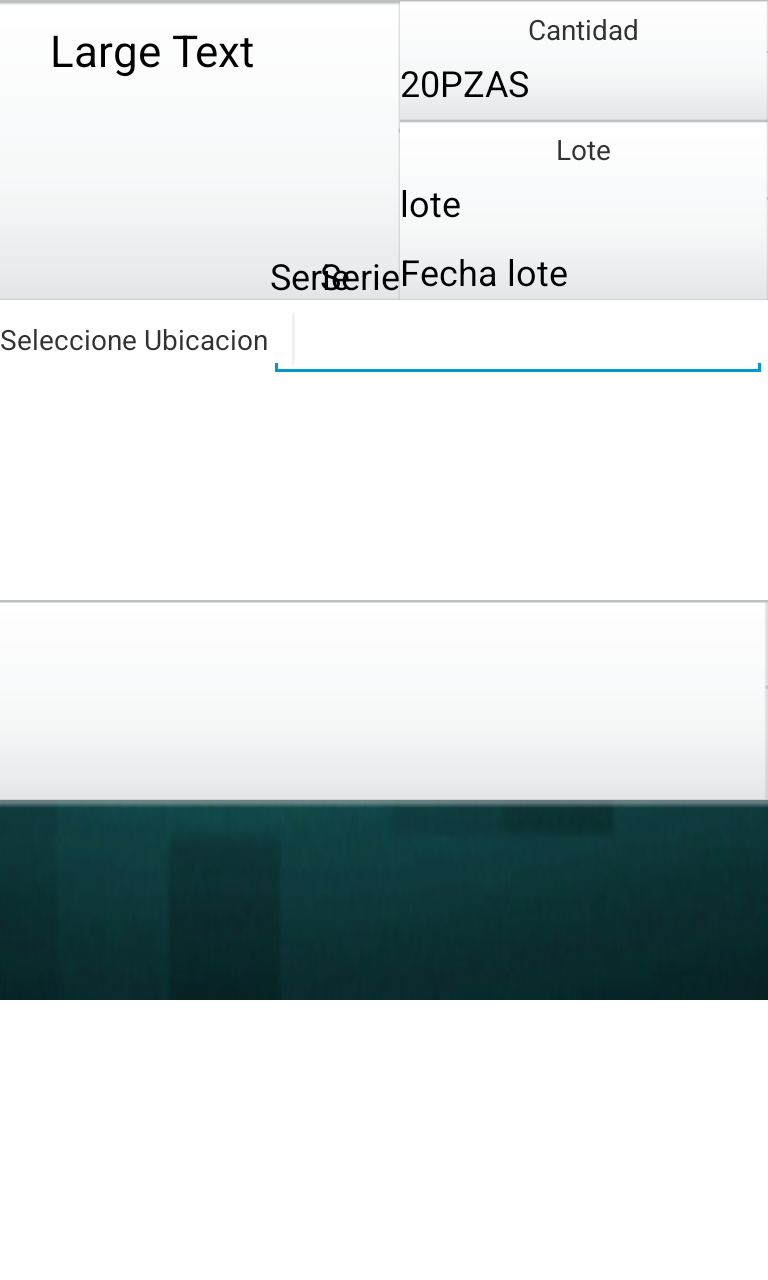
Repository: moynard/PeanutAndroid
Layout: WHSStorekeeper/res/layout/detail_arrivados.xml
These files come from the project's save history. The layout is drawn as it stood at one moment and after the next save; the edit follows.
It is drawn on a 768 x 1280 px phone screen (xhdpi) without system bars, with theme AppTheme; the app's code is not run.

Above is the layout before, as saved 2013-07-25 00:29:55.

### WHSStorekeeper/res/layout/detail_arrivados.xml
<?xml version="1.0" encoding="utf-8"?>
<RelativeLayout xmlns:android="http://schemas.android.com/apk/res/android"
    android:layout_width="match_parent"
    android:layout_height="match_parent"
    android:orientation="vertical" >

    <RelativeLayout
       android:id="@+id/layoutProducto"
        android:layout_width="200dp"
        android:layout_height="150dp"
        android:layout_alignParentLeft="true"
        android:layout_alignParentTop="true"
        android:background="@drawable/bgproducto"
         >

        <TextView
            android:id="@+id/txtProducto"
            android:layout_width="150dp"
            android:layout_height="wrap_content"
            android:layout_below="@+id/lblProducto"
            android:layout_centerHorizontal="true"
            android:layout_marginTop="10dp"
            android:lines="4"

            android:text="Large Text"
            android:textAppearance="?android:attr/textAppearanceLarge" />

                <TextView
                    android:id="@+id/txtSerie"
                    android:layout_width="wrap_content"
                    android:layout_height="wrap_content"
                    android:layout_alignParentBottom="true"
                    android:layout_alignParentRight="true"
                    android:text="Serie"
                    android:textAppearance="?android:attr/textAppearanceMedium" />

                <TextView
                    android:id="@+id/lblserie"
                    android:layout_width="wrap_content"
                    android:layout_height="wrap_content"
                    android:layout_alignParentBottom="true"
                    android:layout_alignRight="@+id/txtProducto"
                    android:text="Serie"
                    android:textAppearance="?android:attr/textAppearanceMedium" />

    </RelativeLayout>
    <RelativeLayout
        android:id="@+id/layoutCantidad"
        android:layout_toRightOf="@+id/layoutProducto"
        android:layout_width="fill_parent"
        android:layout_height="60dp"

        android:background="@drawable/bgproducto"
         >
         <TextView
                android:id="@+id/lblCantidad"
                android:layout_width="wrap_content"
                android:layout_height="wrap_content"
                android:layout_alignParentTop="true"
                android:layout_centerHorizontal="true"
                android:layout_marginTop="5dp"
                android:text="Cantidad"
                android:textAppearance="?android:attr/textAppearanceSmall" />
            <TextView
                android:id="@+id/txtCantidad"
                android:layout_width="wrap_content"
                android:layout_height="wrap_content"
                android:layout_below="@+id/lblCantidad"
                android:layout_marginTop="5dp"
                android:text="20"
                android:textAppearance="?android:attr/textAppearanceMedium" />
            <TextView
                android:id="@+id/txtUnidad"
                android:layout_width="wrap_content"
                android:layout_height="wrap_content"
                android:layout_below="@+id/lblCantidad"
                android:layout_toRightOf="@+id/txtCantidad"
                android:layout_marginTop="5dp"
                android:text="PZAS"
                android:textAppearance="?android:attr/textAppearanceMedium" />


    </RelativeLayout>
    <RelativeLayout
        android:id="@+id/layoutLote"
        android:layout_toRightOf="@+id/layoutProducto"
        android:layout_below="@+id/layoutCantidad"
        android:layout_width="fill_parent"
        android:layout_height="90dp"
        android:background="@drawable/bgproducto"
         >
            <TextView
                android:id="@+id/lbLote"
                android:layout_width="wrap_content"
                android:layout_height="wrap_content"
                android:layout_alignParentTop="true"
                android:layout_centerHorizontal="true"
                android:layout_marginTop="5dp"
                android:text="Lote"
                android:textAppearance="?android:attr/textAppearanceSmall" />
            <TextView
                android:id="@+id/txtlote"
                android:layout_width="wrap_content"
                android:layout_height="wrap_content"
                android:layout_below="@+id/lbLote"
                android:layout_marginTop="5dp"

                android:text="lote"
                android:textAppearance="?android:attr/textAppearanceMedium" />
             <TextView
                android:id="@+id/txtFecalote"
                android:layout_width="wrap_content"
                android:layout_height="wrap_content"
                android:layout_below="@+id/txtlote"
                android:layout_marginTop="10dp"
                android:text="Fecha lote"
                android:textAppearance="?android:attr/textAppearanceMedium" />

    </RelativeLayout>

    <RelativeLayout
        android:id="@+id/layoutinfo"
        android:layout_width="fill_parent"
        android:layout_height="150dp"
        android:layout_alignParentLeft="true"
        android:layout_below="@+id/layoutProducto"
         >
             <TextView
                     android:id="@+id/lblUbicacion"
                     android:layout_width="wrap_content"
                     android:layout_height="wrap_content"
                      android:layout_alignParentLeft="true"
					android:layout_marginTop="10dp"
                     android:text="Seleccione Ubicacion"

                      />

                  <AutoCompleteTextView
                 android:id="@+id/autocomplete"
                 android:layout_width="fill_parent"
                 android:layout_height="wrap_content"

                android:layout_toRightOf="@+id/lblUbicacion"
                 android:ems="10"
                 android:singleLine="true" >
                 <requestFocus />
             </AutoCompleteTextView>




    </RelativeLayout>
      <RelativeLayout
        android:id="@+id/layoutBoton"
        android:layout_width="fill_parent"
        android:layout_height="100dp"
        android:layout_alignParentLeft="true"
        android:layout_below="@+id/layoutinfo"
                android:background="@drawable/bgproducto"

         >
    </RelativeLayout>
     <RelativeLayout
        android:id="@+id/layoutFoter"
        android:layout_width="fill_parent"
        android:layout_height="100dp"
        android:layout_alignParentLeft="true"
        android:layout_below="@+id/layoutBoton"
        android:background="@drawable/bgfoot"
         >
    </RelativeLayout>

</RelativeLayout>

Loaded but not shown: WHSStorekeeper/res/values/styles.xml (common file); WHSStorekeeper/res/values-v11/styles.xml (common file); WHSStorekeeper/res/values-v14/styles.xml (common file)

After the next save:
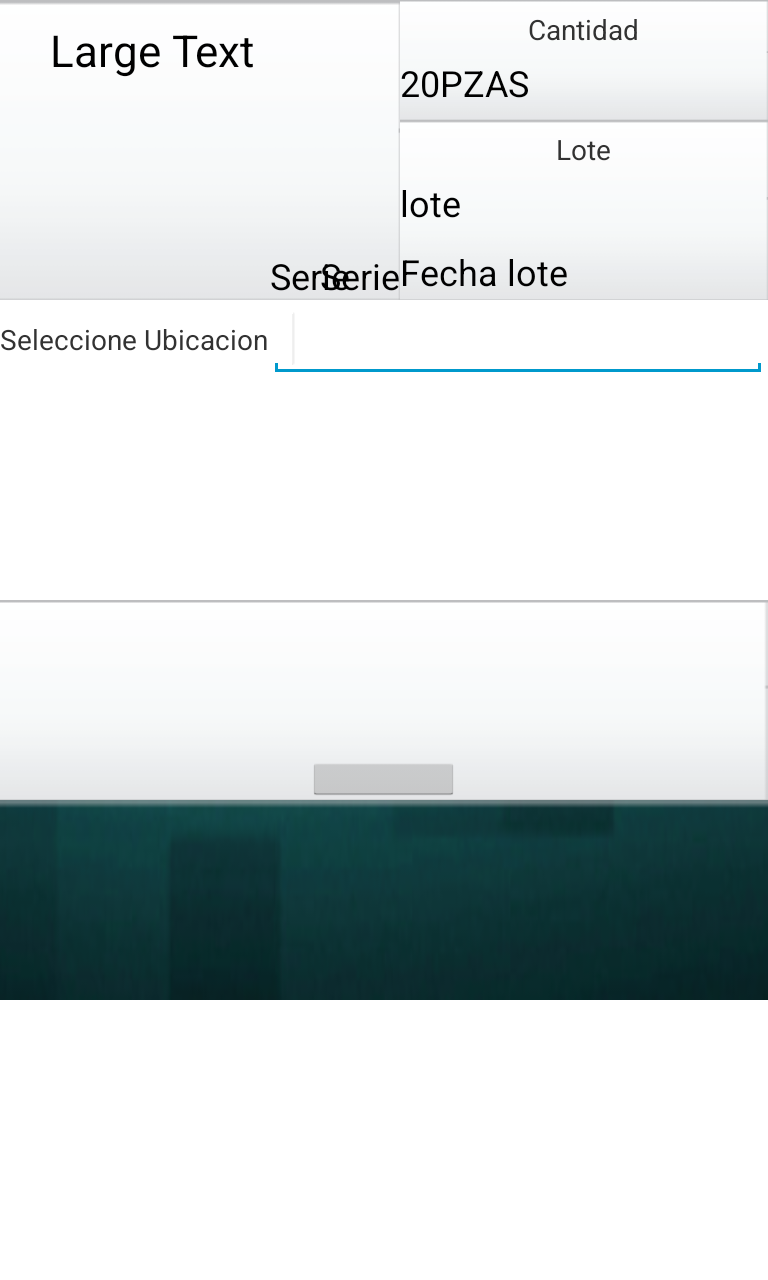
Saved 11 s later.
--- a/WHSStorekeeper/res/layout/detail_arrivados.xml
+++ b/WHSStorekeeper/res/layout/detail_arrivados.xml
@@ -159,6 +159,15 @@
                 android:background="@drawable/bgproducto"
 
          >
+
+               <Button
+                      android:id="@+id/sendUbicacion"
+                      android:layout_width="wrap_content"
+                      android:layout_height="wrap_content"
+                      android:layout_below="@+id/autocomplete"
+                      android:layout_centerHorizontal="true"
+                      android:layout_marginTop="79dp"
+                      android:text="Button" />
     </RelativeLayout>
      <RelativeLayout
         android:id="@+id/layoutFoter"
